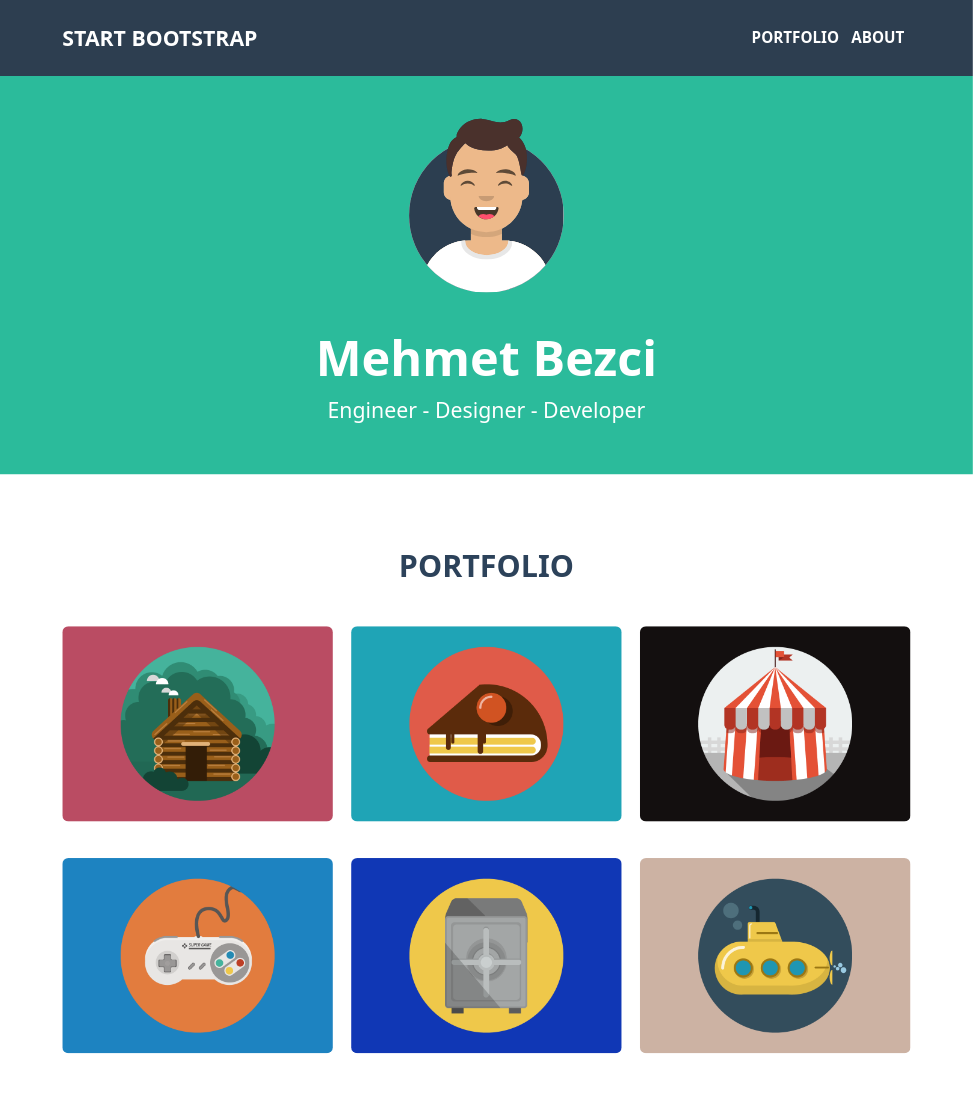
Repository: 7JaxeN7/WT-1255P-Mehmet_BEZC-
Page: index.html
These files come from the project's save history. The page is drawn as it stood at one moment and after the next save; the edit follows.
The browser window is 1280 px wide. The pictures show the whole page, at 76% of full size.

Above is the page before, as saved 2025-01-06 21:50:23.

After the next save:
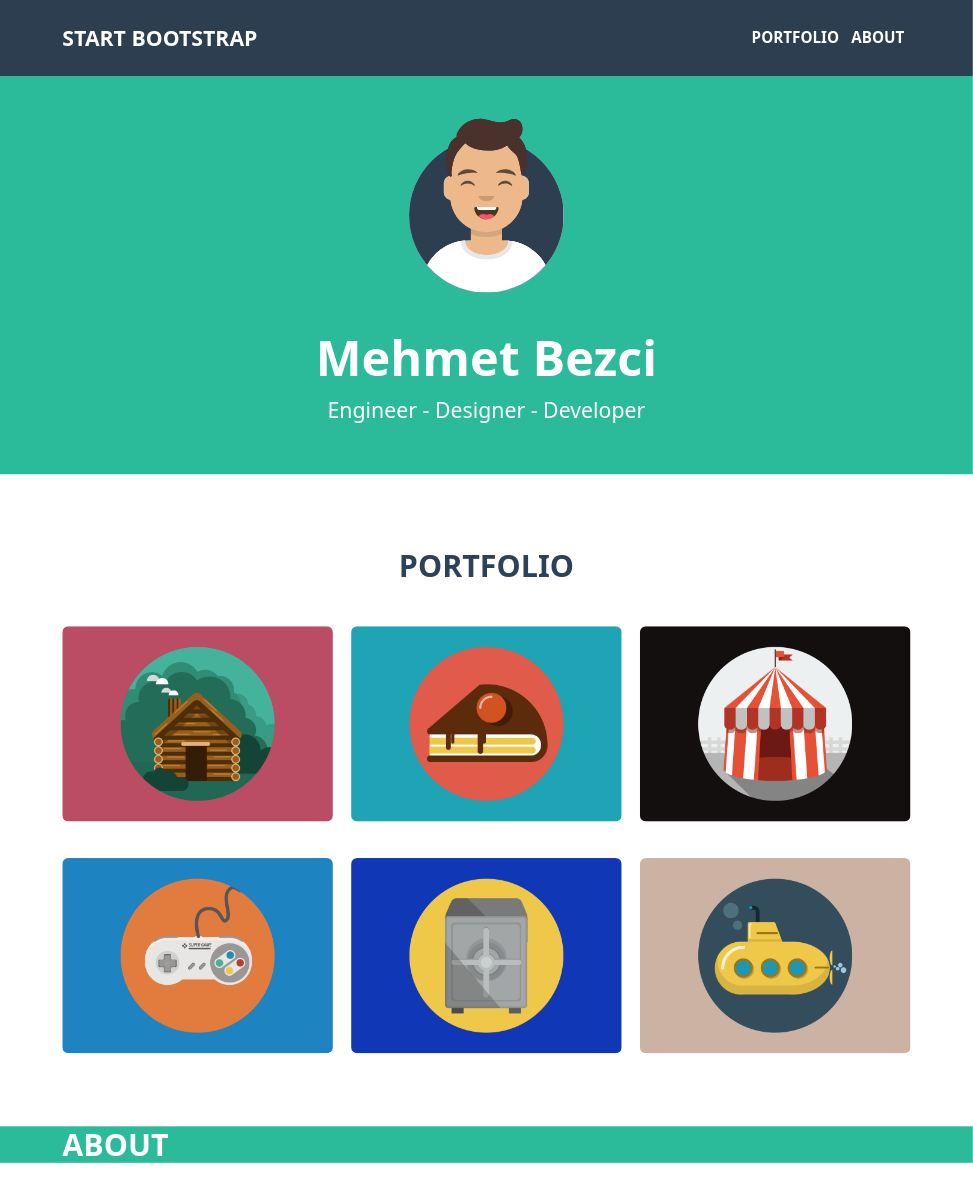
Saved 68 s later.
--- a/index.html
+++ b/index.html
@@ -69,8 +69,8 @@
     </div>
     <!-- About -->
      <div class="about-section">
-      <div class="container">
-        <h2 class="about-tittle fs-1 fw-semibold"></h2>
+      <div class="container mt-5 mb-5">
+        <h2 class="about-tittle fs-1 fw-semibold"> ABOUT</h2>
       </div>
      </div>
   <!-- Burası bootstrap script kısmı -->
